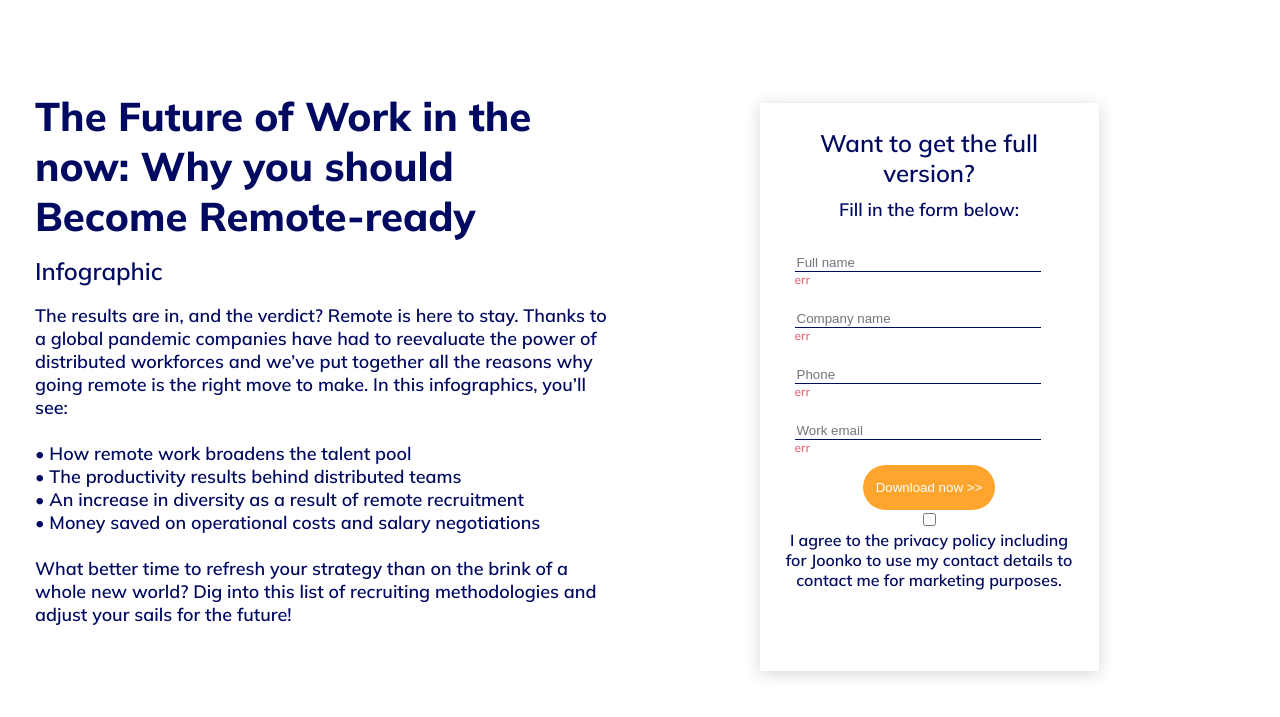
Repository: zivmorad/joonko-form
Page: /
An editor plug-in stored every save of this project. The page is shown before and after the next save, followed by the edit.
The browser window is 1280 px wide. The pictures show the whole page.
The project was rebuilt for these pictures with package versions that can differ from the ones it lists, and the page was loaded fresh each time.

Above is the page before, as saved 2021-08-03 11:38:18.

### public/index.html
<!DOCTYPE html>
<html lang="en">
	<head>
		<style>
			@import url('https://fonts.googleapis.com/css2?family=Mulish:wght@600;800&display=swap');
		</style>
		<meta charset="utf-8" />
		<meta name="viewport" content="width=device-width, initial-scale=1" />
		<meta name="theme-color" content="#000000" />
		<title>React App</title>
	</head>
	<body>
		<div id="root"></div>
	</body>
</html>

### src/App.js
import React from 'react';

import './App.scss';

const App = () => {
	return (
		<div className="main-page-wrapper center-page">
			<div className="app-wrapper row">
				<div className="details-section column">
					<div className="details-text-wrapper">
						<div className="title bold">The Future of Work in the now: Why you should Become Remote-ready</div>
						<div className="sub-title">Infographic</div>
						<p className="details-text">
							The results are in, and the verdict? Remote is here to stay. Thanks to a global pandemic companies have
							had to reevaluate the power of distributed workforces and we’ve put together all the reasons why going
							remote is the right move to make. In this infographics, you’ll see:
							<br />
							<br />
							• How remote work broadens the talent pool
							<br />
							• The productivity results behind distributed teams
							<br />• An increase in diversity as a result of remote recruitment
							<br /> • Money saved on operational costs and salary negotiations
							<br />
							<br /> What better time to refresh your strategy than on the brink of a whole new world? Dig into this
							list of recruiting methodologies and adjust your sails for the future!
						</p>
					</div>
				</div>
				<div className="form-section column">
					<div className="form-card column">
						<form className="form-wrapper column" onSubmit={() => console.log('submit')}>
							<div className="form-title">Want to get the full version?</div>
							<div className="form-sub-title">Fill in the form below:</div>
							<div className="input-wrapper">
								<input type="text" placeholder="Full name" className="form-input" />
								<div className="error">err</div>
							</div>
							<div className="input-wrapper">
								<input type="text" placeholder="Company name" className="form-input" />
								<div className="error">err</div>
							</div>
							<div className="input-wrapper">
								<input type="number" placeholder="Phone" className="form-input" />
								<div className="error">err</div>
							</div>
							<div className="input-wrapper">
								<input type="text" placeholder="Work email" className="form-input" />
								<div className="error">err</div>
							</div>

							<button type="submit" className="form-btn">
								Download now {'>>'}
							</button>

							<div className="checkbox-input-wrapper">
								<input type="checkbox" className="checkbox-input" />
								<div className="check-box-text">
									I agree to the privacy policy including for Joonko to use my contact details to contact me for
									marketing purposes.
								</div>
							</div>
						</form>
					</div>
				</div>
			</div>
		</div>
	);
};

export default App;

### src/App.scss
html {
	height: 100%;
	width: 100%;
}
#root {
	height: 100%;
	width: 100%;
}
body {
	margin: 0;
	padding: 0;
	font-size: 16px;
	font-family: 'Mulish', sans-serif;
	height: 100%;
	width: 100%;
}

.row {
	display: flex;
	flex-direction: row;
}

.column {
	display: flex;
	flex-direction: column;
}

.center-page {
	display: flex;
	flex-direction: column;
	align-items: center;
	text-align: center;
}

.bold {
	font-weight: bold;
}

.main-page-wrapper {
	width: 100%;
	height: 100%;
	justify-content: center;
	color: #010a60;
	.app-wrapper {
		padding: 35px;
		justify-content: space-between;
		max-height: 673px;
		.details-section {
			width: 50%;
			text-align: left;
			align-items: center;
			.details-text-wrapper {
				max-width: 602px;
				.title {
					font-size: 40px;
					margin: 15px 0px;
				}
				.sub-title {
					font-size: 24px;
					margin-bottom: 10px;
				}
				.details-text {
					font-size: 18px;
				}
			}
		}
		.form-section {
			width: 50%;
			padding: 27px;
			height: 100%;
			align-items: center;
			.form-card {
				box-shadow: 0px 3px 16px #00000029;
				padding: 25px;
				height: 100%;
				width: 50%;
				.form-wrapper {
					.form-title {
						font-size: 24px;
						margin-bottom: 10px;
					}
					.form-sub-title {
						margin-bottom: 20px;
						font-size: 18px;
					}
					.input-wrapper {
						text-align: left;
						margin: 10px 10px;
						.form-input {
							border: none;
							width: 90%;
							border-bottom: 1px solid #010a60;
						}
						.error {
							color: #ed6982;
							font-size: 12px;
							height: 15px;
						}
					}
					.form-btn {
						border-radius: 50px;
						outline: none;
						border: none;
						width: fit-content;
						padding: 15px 13px;
						background: #ffa52e;
						color: white;
						margin: auto;
					}
				}
			}
		}
	}
}

Loaded but not shown: src/index.js (common file)

After the next save:
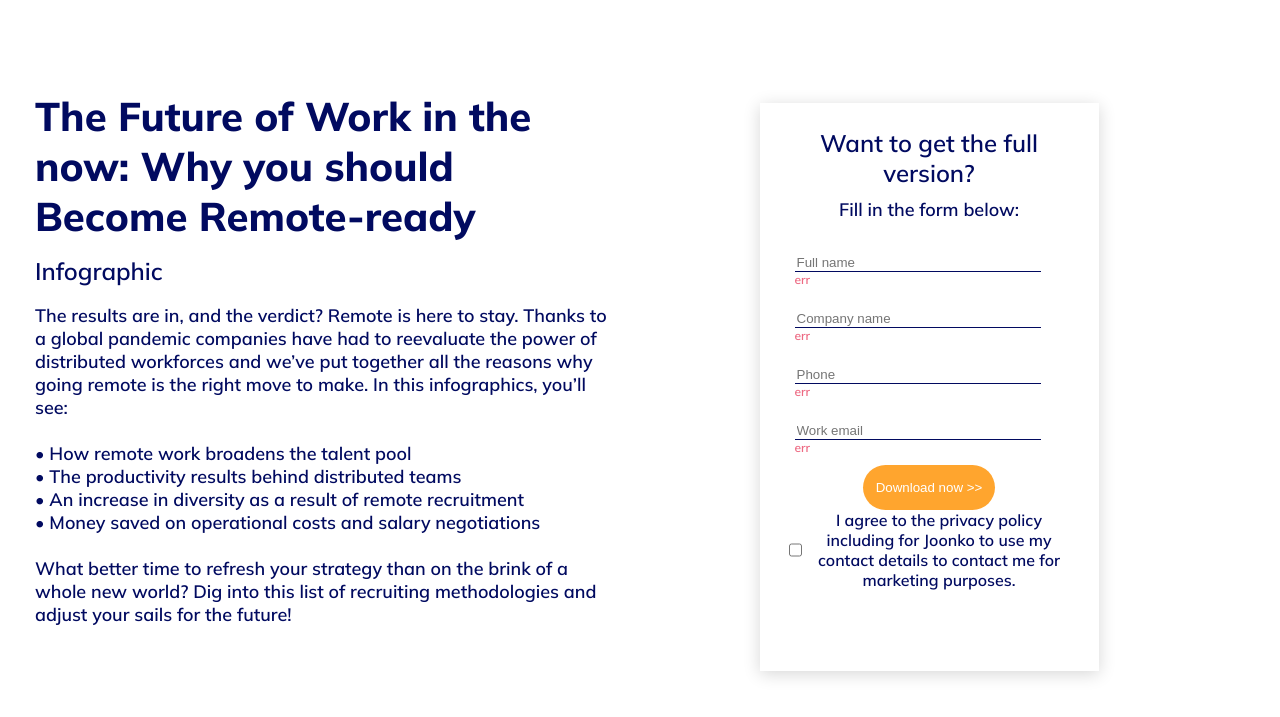
Saved 10 s later.
--- a/src/App.js
+++ b/src/App.js
@@ -53,7 +53,7 @@ const App = () => {
 								Download now {'>>'}
 							</button>
 
-							<div className="checkbox-input-wrapper">
+							<div className="checkbox-input-wrapper row">
 								<input type="checkbox" className="checkbox-input" />
 								<div className="check-box-text">
 									I agree to the privacy policy including for Joonko to use my contact details to contact me for
